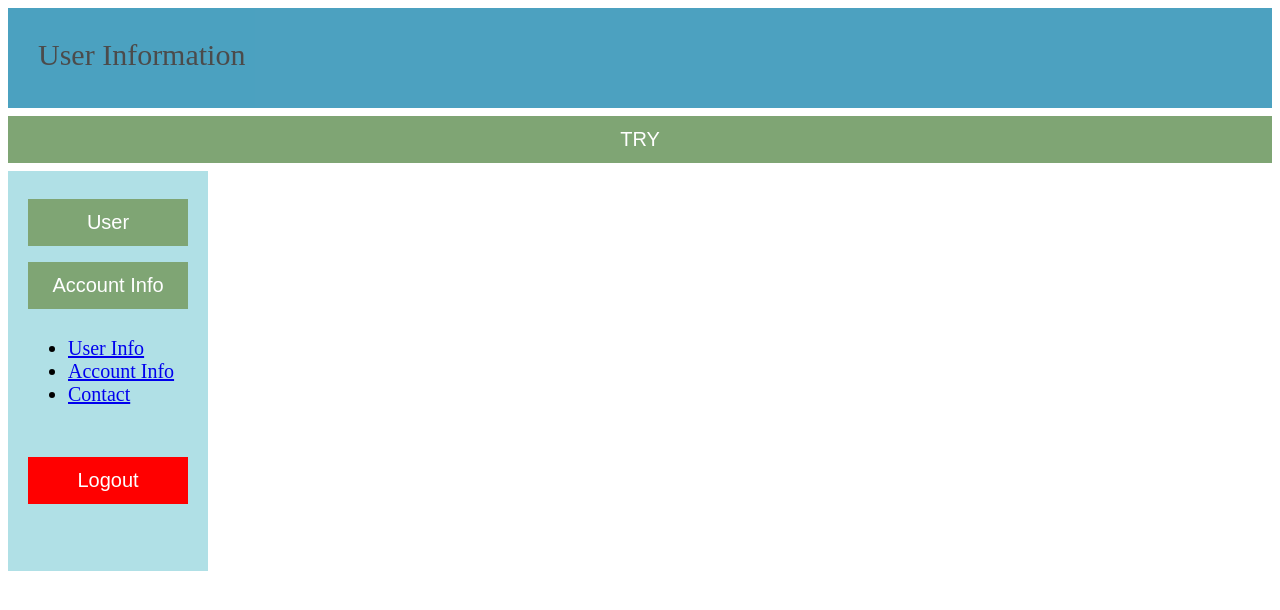
Repository: kennyufish/Revature_ROCP1_Project_Banking_API
Page: banking_api/src/main/webapp/userInfo.html
These files come from the project's save history. The page is drawn as it stood at one moment and after the next save; the edit follows.
The browser window is 1280 px wide. The pictures show the whole page.

Above is the page before, as saved 2020-10-10 16:00:56.

### banking_api/src/main/webapp/userInfo.html
<!DOCTYPE html>
<html>
<head>
<meta charset="ISO-8859-1">
<meta name="viewport" content="width=device-wirdth, initial-scale=1">
<style>
* {
	box-sizing: border-box;
	font-size: 20px;
}

header {
	background-color: #007AA6;
	opacity:0.7;
	padding: 30px;
	font-size: 30px;
	height: 100px;
	width:100%;
}

nav {
	float: left;
	width: 200px;
	background-color: powderblue;

	padding: 20px;
	height: 400px;
}

article {
	witdth: 100%;
	height: 400px;
	background-color: #f1f1f1;
	padding: 20px;
	margin-left:200px;
}

table, th, td {
	border: 1px solid black;
}

.UserLayout {
	font-size:20px;
	background-color: powderblue;
	border: 2px solid black;
	padding: 20px;
	width: 100%;
	height: 550px;
	margin: 0 auto;
}

button{
	background-color:#7FA574;
	color:white;
	padding: 12px 15px;
	margin: 8px 0;
	border:none;
	cursor:pointer;
	width:100%;
}
button:hover {
opacity:0.5
}

</style>
<title>UserInfo</title>
</head>
<body>
	<header>User Information</header>
	<section>
	<form action="userInfo">
		<button type="submit" >TRY</button>
		</form>

		<nav>

		<form action="userInfo">
		<button type="submit" >User</button>
		</form>

		<form action="userInfo">
		<button type="submit" >Account Info</button>
		</form>
			<ul>
				<li><a href="userInfo">User Info</a></li>
				<li><a href="displayAccount">Account Info</a></li>
				<li><a href="#">Contact</a></li>
			</ul>
		<br>
		<form action="loginUser">
		<button style="background-color:red" type="submit" >Logout</button>
		</form>
		</nav>
	</section>
</body>
</html>

After the next save:
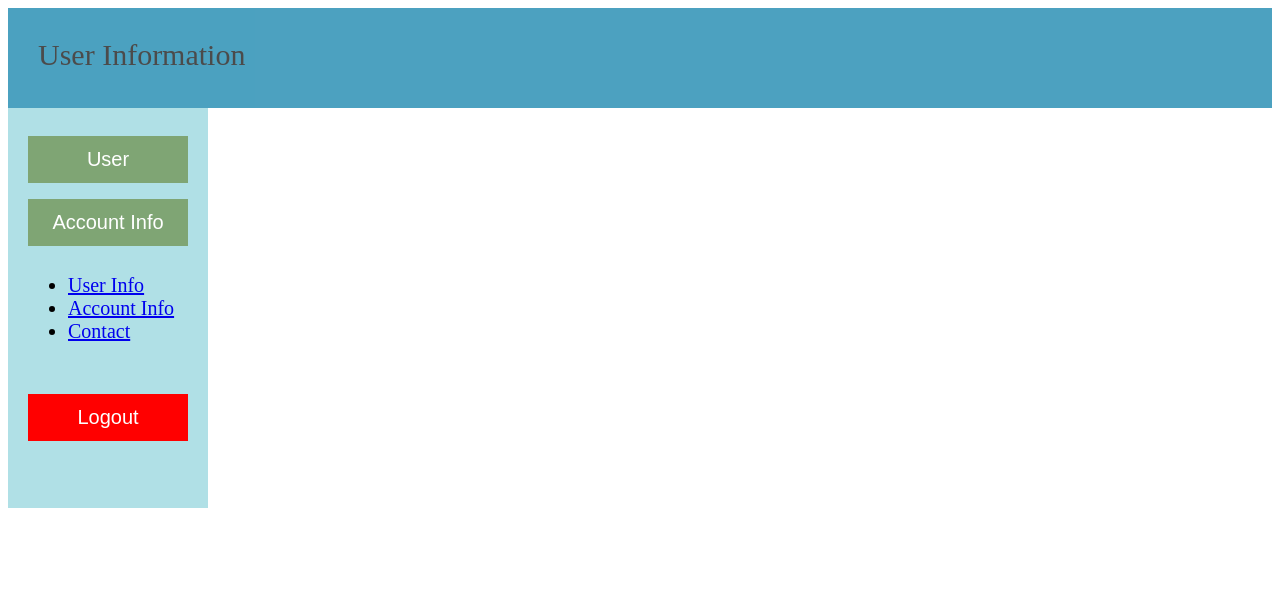
Saved 19 s later.
--- a/banking_api/src/main/webapp/userInfo.html
+++ b/banking_api/src/main/webapp/userInfo.html
@@ -68,10 +68,6 @@ opacity:0.5
 <body>
 	<header>User Information</header>
 	<section>
-	<form action="userInfo">
-		<button type="submit" >TRY</button>
-		</form>
-
 		<nav>
 
 		<form action="userInfo">
